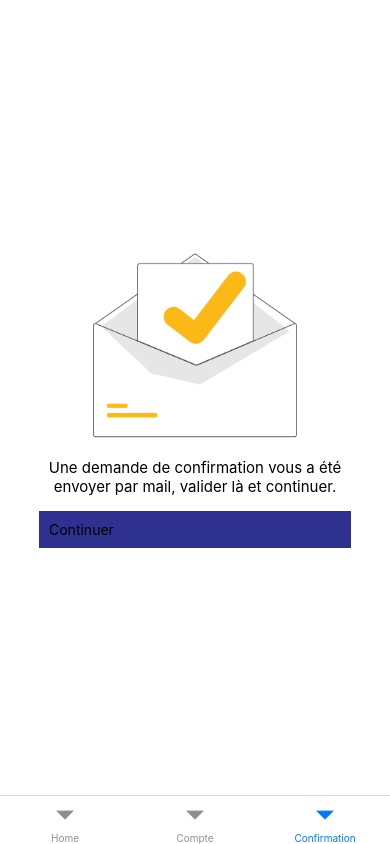
Repository: Norlan-20/Last-Afrilink
Screen: /Confirmation
An editor plug-in stored every save of this project. The screen is shown before and after the next save, followed by the edit.
The app was drawn by React Native's web renderer in a window 390 px wide. The project was rebuilt for these pictures with package versions that can differ from the ones it lists, and the page was loaded fresh each time. Also part of the build but not shown: screen/User.js.

Above is the screen before, as saved 2021-09-24 22:23:22.

### App.js
/* eslint-disable prettier/prettier */
import React from 'react'
import {View} from 'react-native'
import { NavigationContainer } from '@react-navigation/native'
import { createNativeStackNavigator } from '@react-navigation/native-stack'
import { createBottomTabNavigator } from '@react-navigation/bottom-tabs'
import HomeScreen from './screen/Home'
import UserScreen from './screen/User'
import ConfirmationScreen from './screen/Confirmation'

const Tab = createBottomTabNavigator();
const Stack = createNativeStackNavigator();


const App = () => {
  return (
    <NavigationContainer>
      <Tab.Navigator screenOptions={{headerShown: false}} >
        <Tab.Screen name="Home" component={HomeScreen}/>
        <Tab.Screen name="Compte" component={UserScreen}/>
        <Tab.Screen name="Confirmation" component={ConfirmationScreen}/>
      </Tab.Navigator>
    </NavigationContainer>
  );
};

export default App;

### screen/Home.js
/* eslint-disable prettier/prettier */
import React from 'react';
import {View, Text, StyleSheet, StatusBar, Dimensions, ScrollView} from 'react-native';
import { Header, Icon, Image, SearchBar } from 'react-native-elements';
import Categorie from '../component/categorie';
import Produit from '../component/produit';
// import EvilIcons from 'react-native-vector-icons/EvilIcons';

const {width,height} = Dimensions.get('window');
const fond = '#F7F7F7';
const primary = '#2e3190';
const search = '#DDDDDD';

const HomeScreen = props => {
    return (
        <View style={styles.container}>
            <StatusBar hidden={false}/>
            <Header
                leftComponent={<Icon name="navicon" type="evilicon" size={40} color="#FFF"/>}
                centerComponent={<Image source={require('../assets/logobleu.jpg')} style={{width: 200, height: 50}} />}
                rightComponent={<Icon name="cart" type="evilicon" size={40} color="#FFF"/>}
                backgroundColor={primary}
            />
            <SearchBar
                placeholder="Rechercher"
                round
                lightTheme
                containerStyle={{ width: width,backgroundColor: fond, borderWidth: 0}}
                inputContainerStyle={{ height: 45, backgroundColor: search, borderRadius: 150 }}
                inputStyle={{ height: 45,backgroundColor: search }}
                // searchIcon={<Icon name="user" type="ionicon" />}
                showCancel
                cancelIcon
                onClear
                style={{width: width}}
            />
            <ScrollView>
                <Categorie nom="Catégorie" />
                <Produit nom="Vedette" />
            </ScrollView>
        </View>
    );
};

const styles = StyleSheet.create({
    container:{
        flex: 1,
        backgroundColor: '#F7F7F7',
    },
});

export default HomeScreen;

### screen/Confirmation.js
/* eslint-disable prettier/prettier */
import React from 'react';
import  { View, Text, StyleSheet, Dimensions, Image } from 'react-native';
import { Continuer } from '../component/button';

const {width} = Dimensions.get('window');
const fond = '#F7F7F7';
const primary = '#2e3190';

const ConfirmationScreen = () => {
    return (
        <View style={styles.container}>
            <Image source={require('../assets/mailsent.png')} style={{ width: width - 100, height: width / 2}}/>
            <Text style={styles.message}>Une demande de confirmation vous a été envoyer par mail, valider là et continuer.</Text>
            <Continuer />
        </View>
    );
};

const styles = StyleSheet.create({
    container:{
        flex: 1,
        backgroundColor: '#FFF',
        alignItems: 'center',
        justifyContent: 'center',
    },
    message:{
        width: width - (width / 5),
        textAlign: 'center',
        fontSize: 15,
        marginTop: 15
    },
});

export default ConfirmationScreen;

### component/button.js
/* eslint-disable prettier/prettier */
import React from 'react'
import { TouchableOpacity, Text, Dimensions, StyleSheet } from 'react-native'

const {width} = Dimensions.get('window');
const primary = '#2e3190';

export const Continuer = () => {
    return(
        <TouchableOpacity style={ styles.continuer }>
            <Text>Continuer</Text>
        </TouchableOpacity>
    );
};

const styles = StyleSheet.create({
    continuer: {
        backgroundColor: primary,
        width: width - (width / 5),
        marginTop: 15,
        flexDirection: 'row',
        padding: 10
    },
});

Loaded but not shown: component/categorie.js (library); component/produit.js (library)

After the next save:
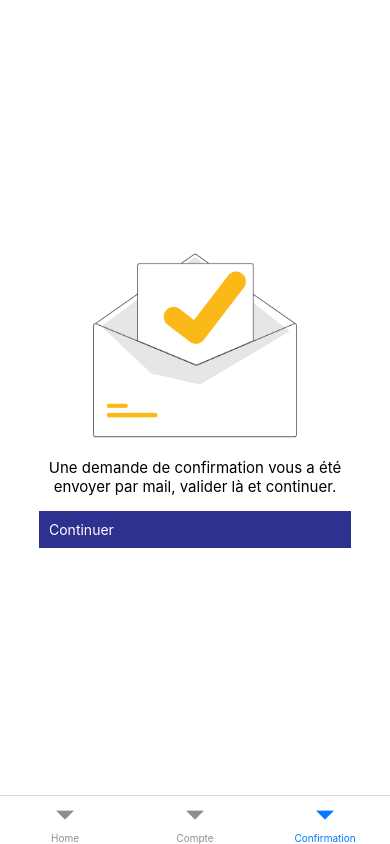
Saved 103 s later.
--- a/component/button.js
+++ b/component/button.js
@@ -8,7 +8,7 @@ const primary = '#2e3190';
 export const Continuer = () => {
     return(
         <TouchableOpacity style={ styles.continuer }>
-            <Text>Continuer</Text>
+            <Text style={styles.textWhite}>Continuer</Text>
         </TouchableOpacity>
     );
 };
@@ -19,6 +19,9 @@ const styles = StyleSheet.create({
         width: width - (width / 5),
         marginTop: 15,
         flexDirection: 'row',
-        padding: 10
+        padding: 10,
+    },
+    textWhite: {
+        color: '#FFFFFF',
     },
 });
